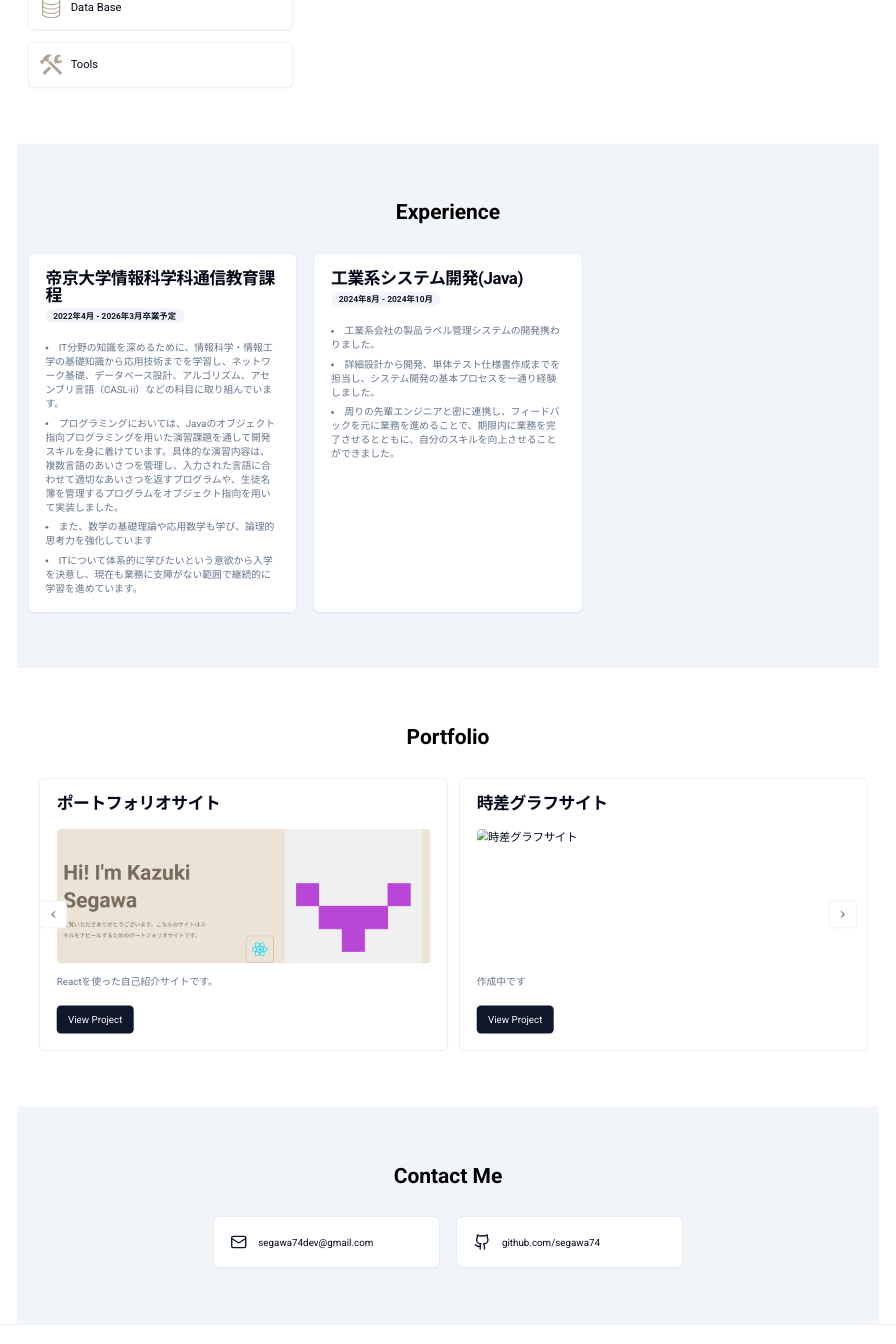
Repository: segawa74/SegawaSite
Page: /
The author's editor kept a copy of each file at every save. The page is drawn from the files as they stood at one save, then again after the next save.
The browser window is 1280 px wide. The pictures show the part of the page from y = 936 to 2856 px (the page is 2980 px tall before and 2900 px after), at 70% of full size.
The project was rebuilt for these pictures with package versions that can differ from the ones it lists, and the page was loaded fresh each time. Also part of the build but not shown: vite.config.ts.

Above is the page before, as saved 2024-10-24 10:46:57.

After the next save:
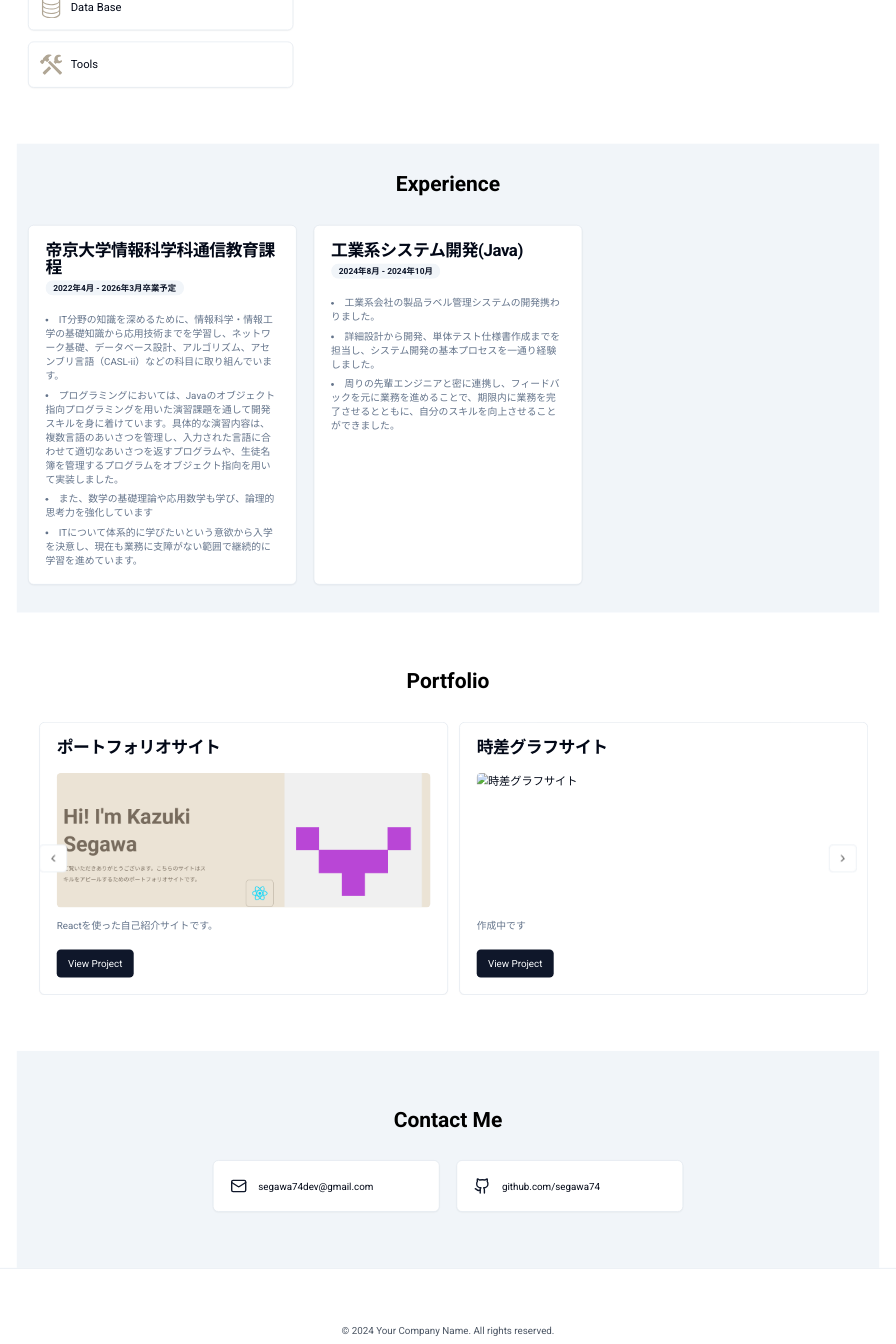
Saved 62 s later.
--- a/src/components/Experience/Experience.tsx
+++ b/src/components/Experience/Experience.tsx
@@ -3,7 +3,7 @@
 
 const Experience: React.FC = () => {
   return (
-    <section id="exp" className="py-20 bg-muted">
+    <section id="exp" className="py-10 bg-muted">
       <div className="container mx-auto px-4">
         <h2 className="text-3xl font-bold text-center mb-10">Experience</h2>
         <div className="grid gap-6 md:grid-cols-2 lg:grid-cols-3">

After the save that followed:
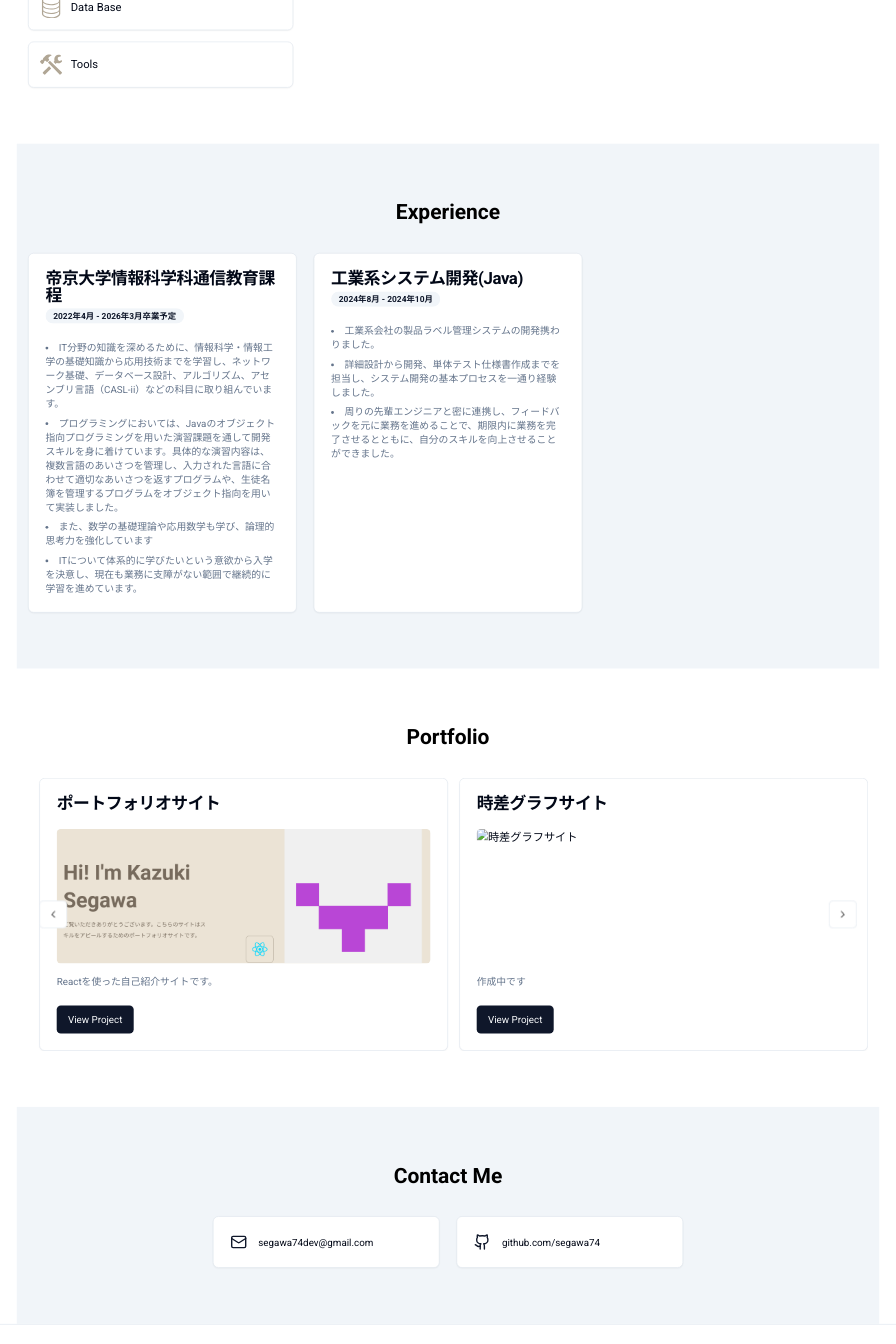
Saved 5 s later.
--- a/src/components/Experience/Experience.tsx
+++ b/src/components/Experience/Experience.tsx
@@ -3,7 +3,7 @@
 
 const Experience: React.FC = () => {
   return (
-    <section id="exp" className="py-10 bg-muted">
+    <section id="exp" className="py-20 bg-muted">
       <div className="container mx-auto px-4">
         <h2 className="text-3xl font-bold text-center mb-10">Experience</h2>
         <div className="grid gap-6 md:grid-cols-2 lg:grid-cols-3">
